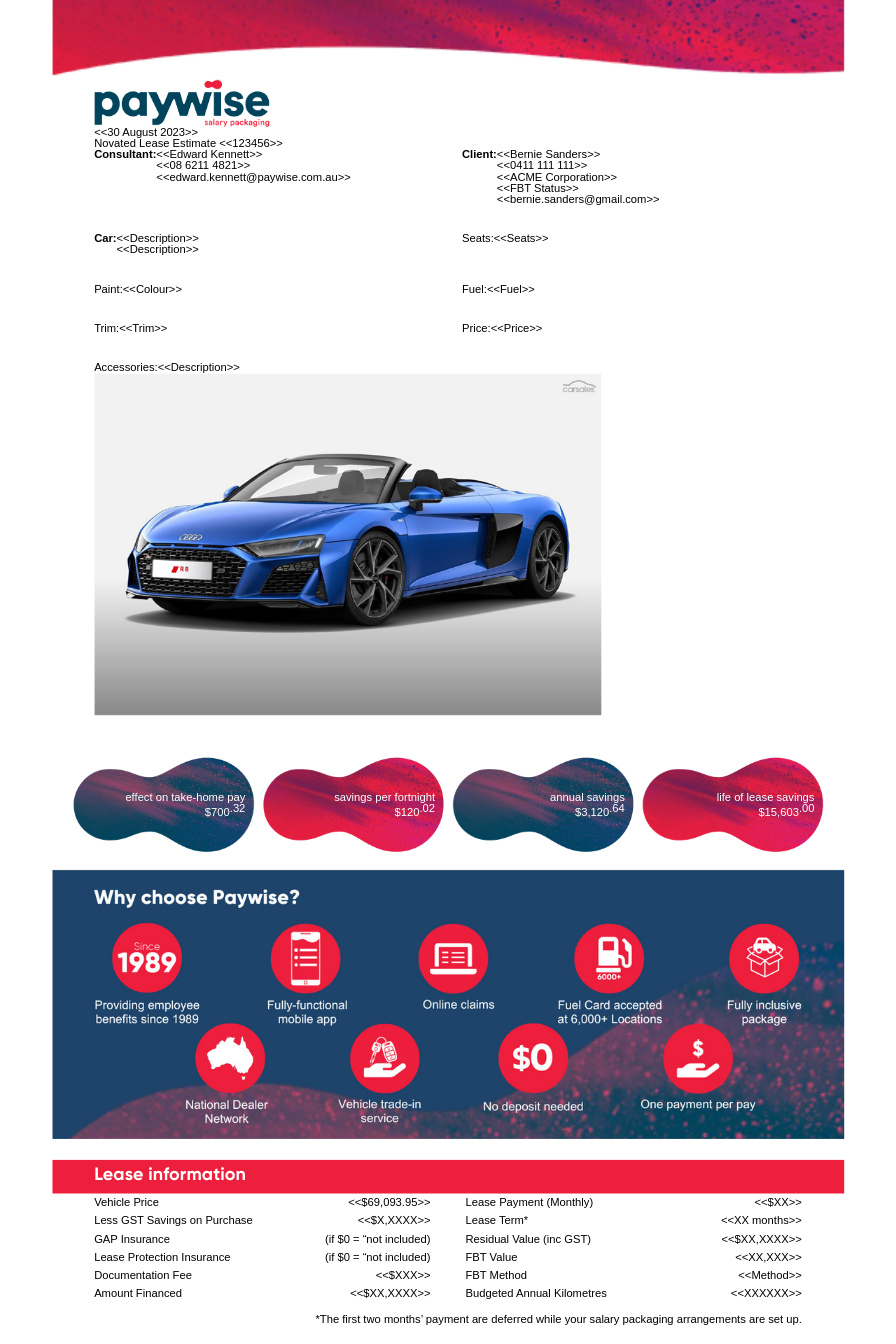
Repository: hoangtubest/novated-phong
Page: index.html
An editor plug-in stored every save of this project. The page is shown before and after the next save, followed by the edit.
The browser window is 1280 px wide. The pictures show the part of the page from y = 0 to 1920 px (the page is 7441 px tall before and 7466 px after), at 70% of full size.
The style sheet was rebuilt from its Sass, Less or Tailwind sources for each picture, by a compiler version that may differ from the author's.

Above is the page before, as saved 2023-10-19 14:21:52.

After the next save:
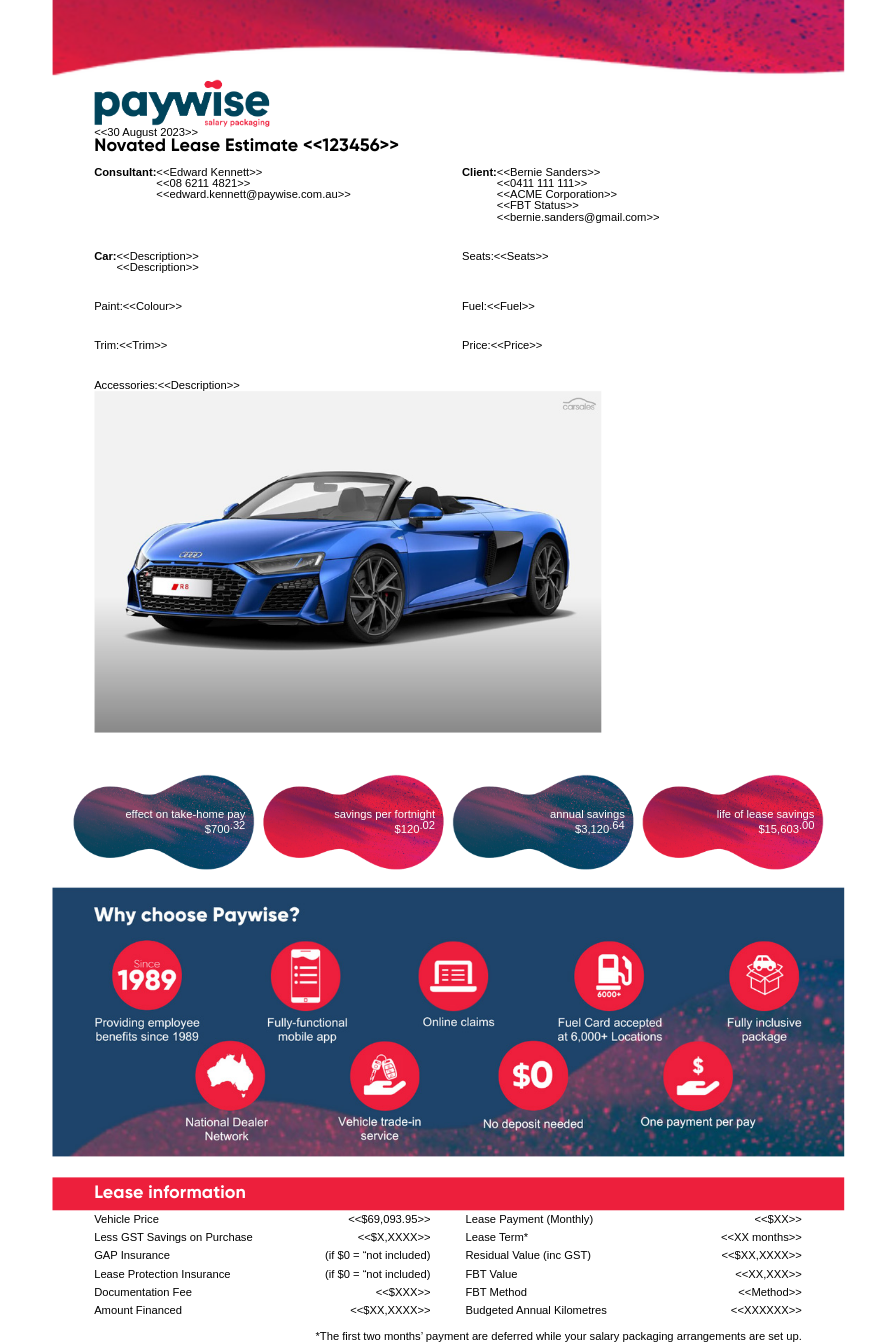
Saved 50 s later.
--- a/index.html
+++ b/index.html
@@ -19,7 +19,7 @@
       <div class="pw-1-estimate">
         <div class="container">
           <p class="pw-1-estimate__time"> &lt;&lt;30 August 2023&gt;&gt; </p>
-          <h2 class="pw-1-estimate__title">Novated Lease Estimate &lt;&lt;123456&gt;&gt;</h2>
+          <h2 class="pw-1-estimate__title c-title">Novated Lease Estimate &lt;&lt;123456&gt;&gt;</h2>
           <div class="pw-1-estimate__content">
             <dl>
               <dt><strong>Consultant:</strong></dt>
